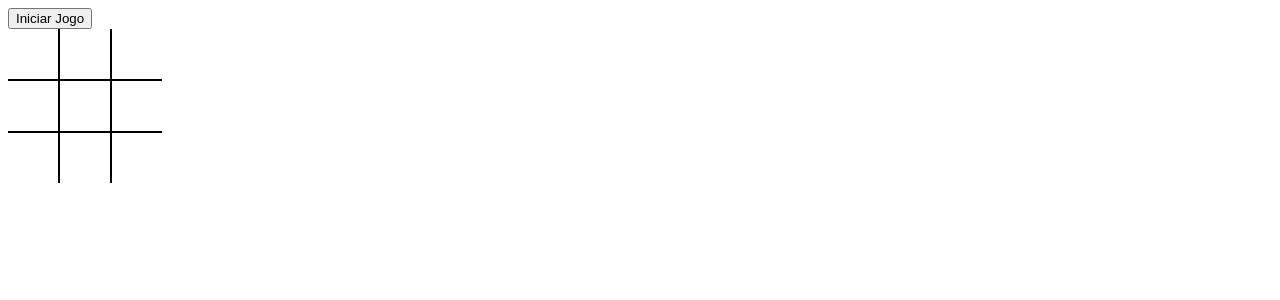
Repository: ErickBalbino/jogo-da-velha
Page: index.html
These files come from the project's save history. The page is drawn as it stood at one moment and after the next save; the edit follows.
The browser window is 1280 px wide. The pictures show the whole page.

Above is the page before, as saved 2021-08-02 14:17:19.

### index.html
<!DOCTYPE html>
<html lang="pt-br">
<head>
    <meta charset="UTF-8">
    <meta http-equiv="X-UA-Compatible" content="IE=edge">
    <meta name="viewport" content="width=device-width, initial-scale=1.0">
    <title>Jogo da velha</title>
    <style>
        #dvJogo{
            width: 150px;
            display: grid;
            grid-template-columns: repeat(3, 1fr);
            border:none;
        }
        .posJogo{
            width: 50px;
            height: 50px;
            margin: 0;
            padding: 0;
            border: 1px solid #000;
            display: flex;
            align-items: center;
        }
        #p1{
            border-top: none;
            border-left: none;
        }
        #p2{
            border-top: none;
        }
        #p3{
            border-top: none;
            border-right: none;
        }
        #p4{
            border-left: none;
        }
        #p6{
            border-right: none;
        }
        #p7{
            border-left: none;
            border-bottom: none;
        }
        #p8{
            border-bottom: none;
        }
        #p9{
            border-right: none;
            border-bottom: none;
        }
    </style>
</head>
<body>
    <div id="dvMenu">
        <div id="dvStartGame"></div>
        <button onclick="startGame()">Iniciar Jogo</button>
    </div>
    <div id="dvJogo">
        <div id="p1" class="posJogo" onclick=""></div>
        <div id="p2" class="posJogo" onclick=""></div>
        <div id="p3" class="posJogo" onclick=""></div>
        <div id="p4" class="posJogo" onclick=""></div>
        <div id="p5" class="posJogo" onclick=""></div>
        <div id="p6" class="posJogo" onclick=""></div>
        <div id="p7" class="posJogo" onclick=""></div>
        <div id="p8" class="posJogo" onclick=""></div>
        <div id="p9" class="posJogo" onclick=""></div>
    </div>
</body>
</html>

After the next save:
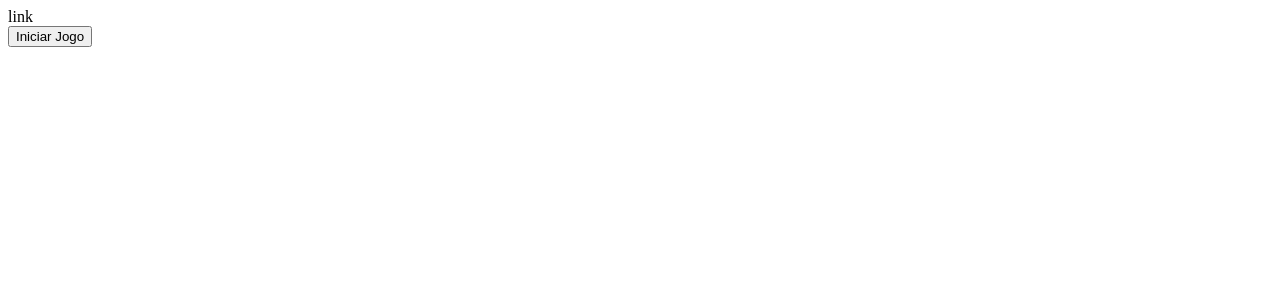
Saved 21 h 55 min later.
--- a/index.html
+++ b/index.html
@@ -5,51 +5,8 @@
     <meta http-equiv="X-UA-Compatible" content="IE=edge">
     <meta name="viewport" content="width=device-width, initial-scale=1.0">
     <title>Jogo da velha</title>
-    <style>
-        #dvJogo{
-            width: 150px;
-            display: grid;
-            grid-template-columns: repeat(3, 1fr);
-            border:none;
-        }
-        .posJogo{
-            width: 50px;
-            height: 50px;
-            margin: 0;
-            padding: 0;
-            border: 1px solid #000;
-            display: flex;
-            align-items: center;
-        }
-        #p1{
-            border-top: none;
-            border-left: none;
-        }
-        #p2{
-            border-top: none;
-        }
-        #p3{
-            border-top: none;
-            border-right: none;
-        }
-        #p4{
-            border-left: none;
-        }
-        #p6{
-            border-right: none;
-        }
-        #p7{
-            border-left: none;
-            border-bottom: none;
-        }
-        #p8{
-            border-bottom: none;
-        }
-        #p9{
-            border-right: none;
-            border-bottom: none;
-        }
-    </style>
+
+    link
 </head>
 <body>
     <div id="dvMenu">
